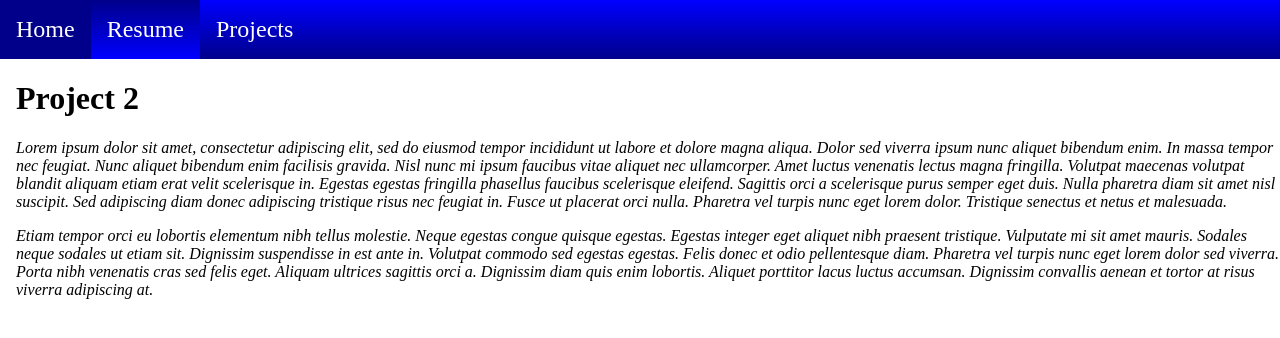
Repository: jason-ward220/jason-ward220.github.io
Page: project2.html
The author's editor kept a record of every edit. The page is drawn from the files as they stood at one moment, then again after the next edit.
The browser window is 1280 px wide. The pictures show the whole page.

Above is the page before.

After the next edit:
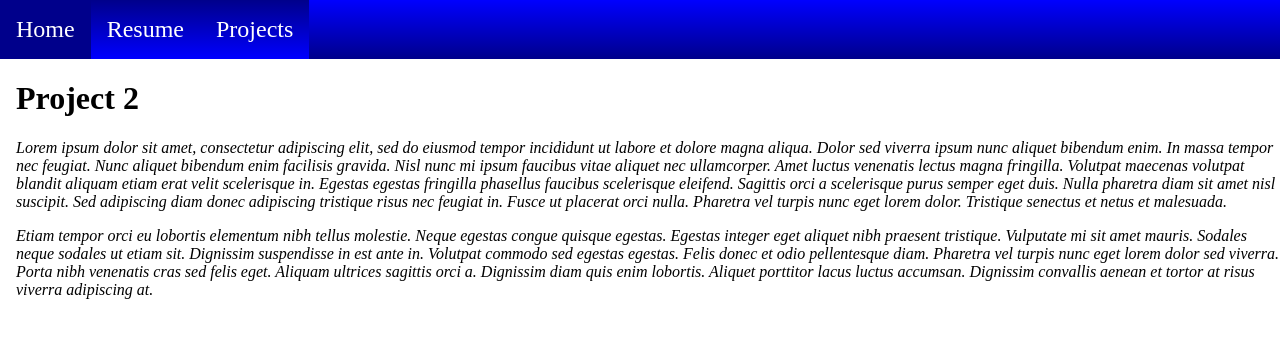
The edit:
--- a/project2.html
+++ b/project2.html
@@ -9,7 +9,7 @@
             <li><a href="index.html">Home</a></li>
             <li class=active><a href="resume.html">Resume</a></li>
             <li class=dropdown>
-                <div>Projects</div>
+                <div class=active>Projects</div>
                 <ul class=dropdown-content>
                     <li><a href="#">Project 1</a></li>
                     <li><a href="#">Project 2</a></li>
